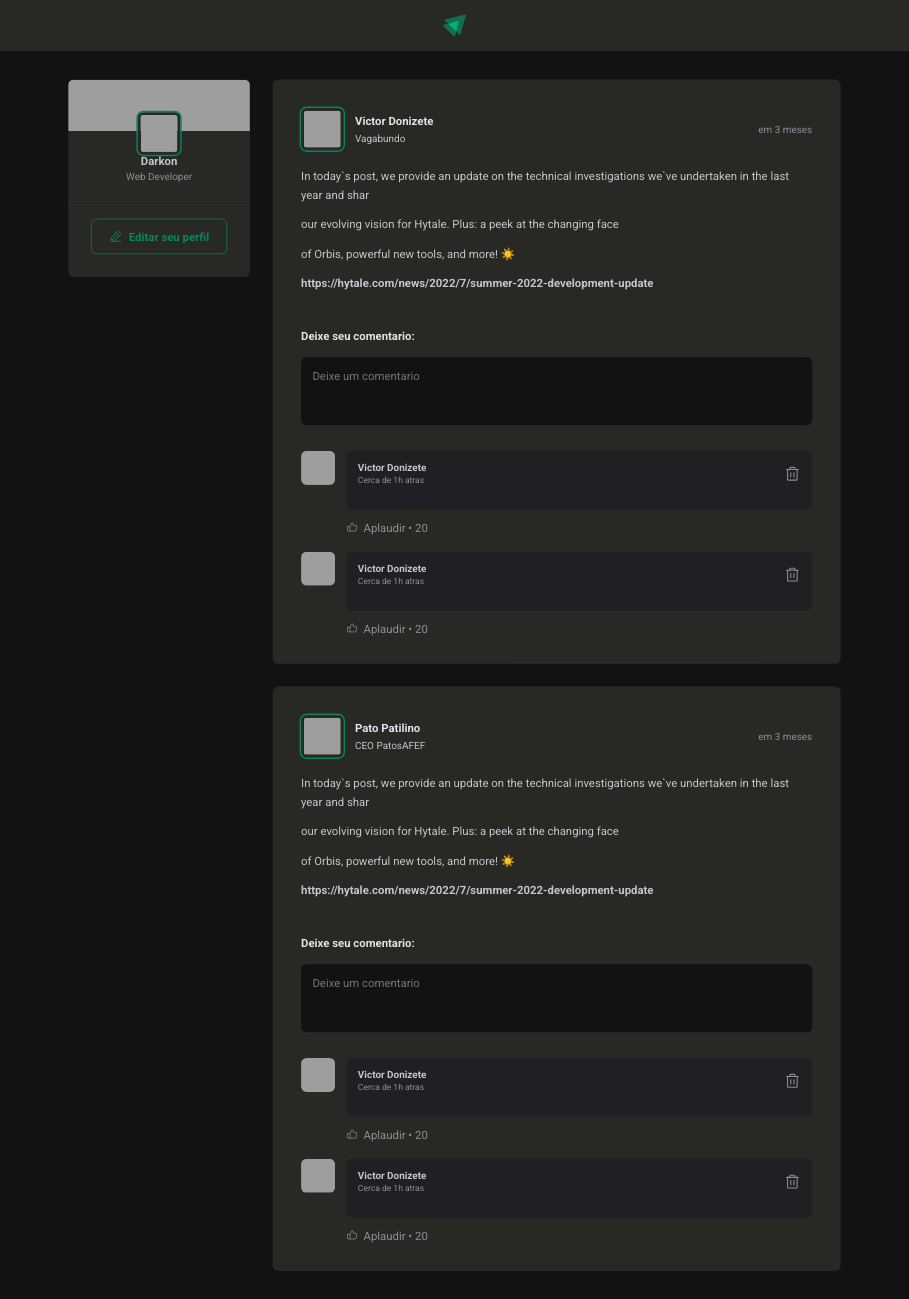
Repository: viviij/PseudoRedeSocial
Page: /
An editor plug-in stored every save of this project. The page is shown before and after the next save, followed by the edit.
The browser window is 1280 px wide. The pictures show the whole page, at 71% of full size.
Pictures or frames that could not be fetched are drawn as grey boxes. The project was rebuilt for these pictures with package versions that can differ from the ones it lists, and the page was loaded fresh each time. Also part of the build but not shown: vite.config.js.

Above is the page before, as saved 2022-10-20 17:30:27.

After the next save:
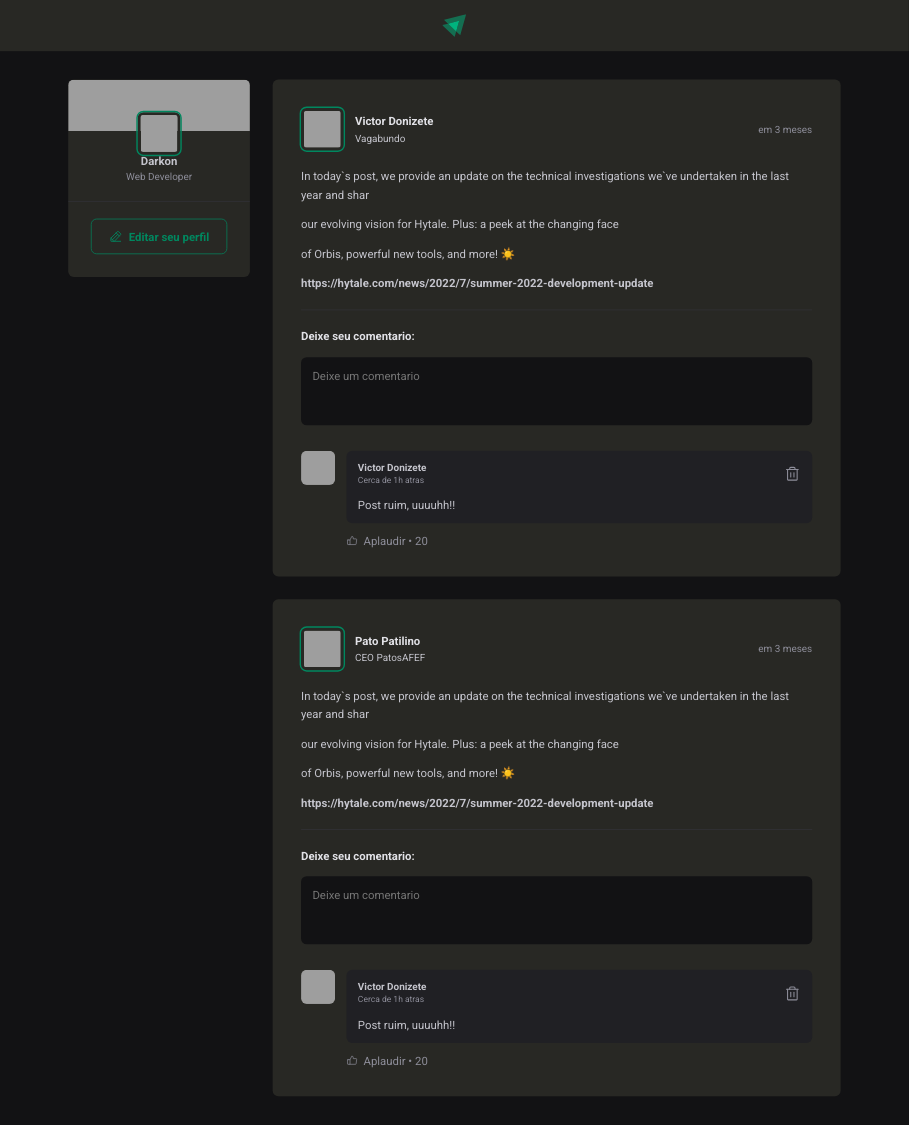
Saved 3 s later.
--- a/src/components/Post.jsx
+++ b/src/components/Post.jsx
@@ -9,8 +9,7 @@ import styles from "./Post.module.css"
 export function Post({ author, publishedAt, content }) {
 
   const [comments, setComments] = useState([
-    1,
-    2,
+    'Post ruim, uuuuhh!!'
   ])
 
   const publishedDateFormatted = format(publishedAt, "d 'de' LLLL 'às' HH:mm'h'", {
@@ -64,7 +63,7 @@ export function Post({ author, publishedAt, content }) {
 
       <div className={styles.commentList}>
         {comments.map(comment => {
-          return <Comment />
+          return <Comment content={comment}/>
         })}
 
       </div>
